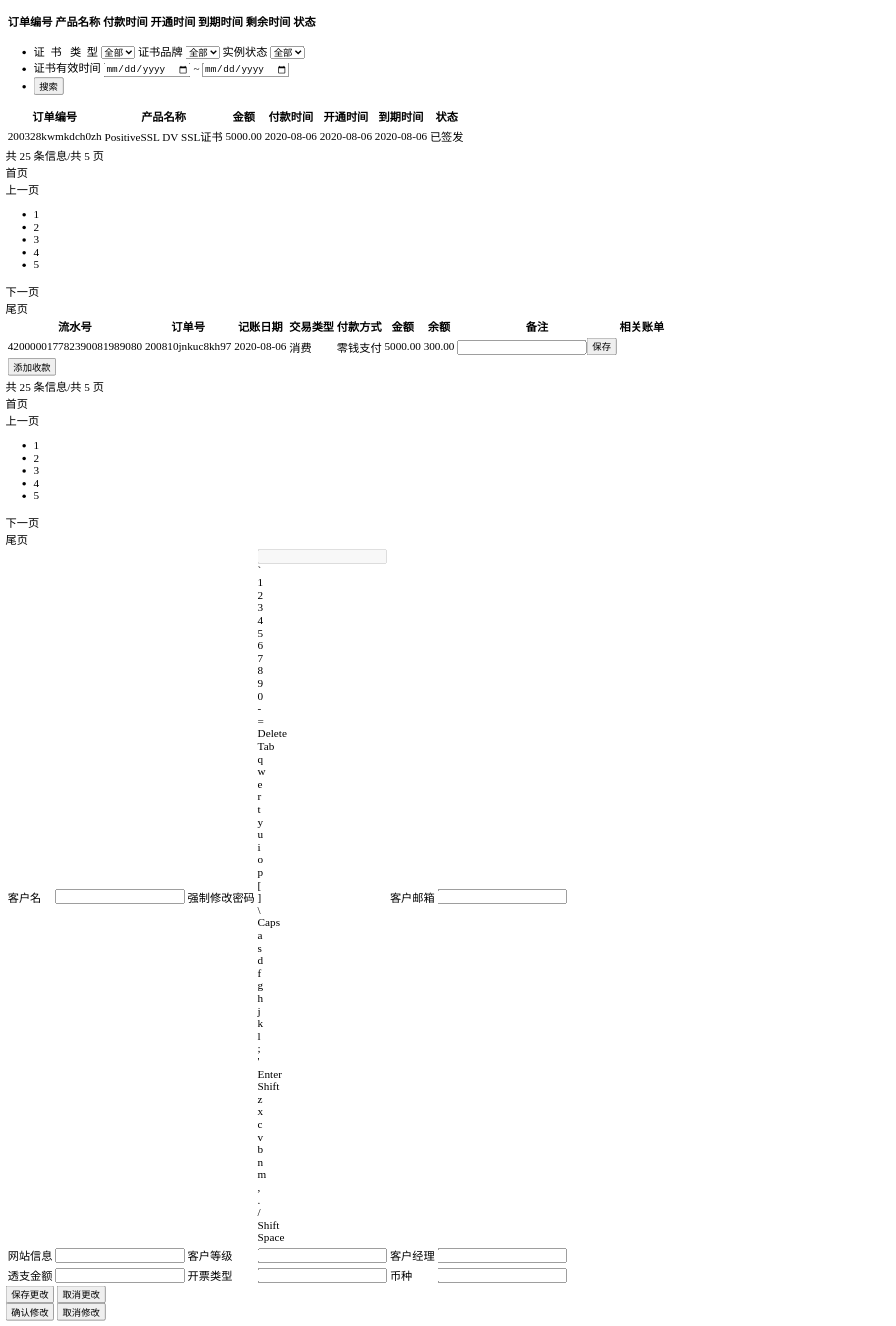
Repository: wangyan466393/racentSystem
Page: customerData.html
An editor plug-in stored every save of this project. The page is shown before and after the next save, followed by the edit.
The browser window is 1280 px wide. The pictures show the part of the page from y = 1588 to 3508 px (the page is 3482 px tall before and 3508 px after), at 70% of full size.

Above is the page before, as saved 2020-08-13 17:40:19.

After the next save:
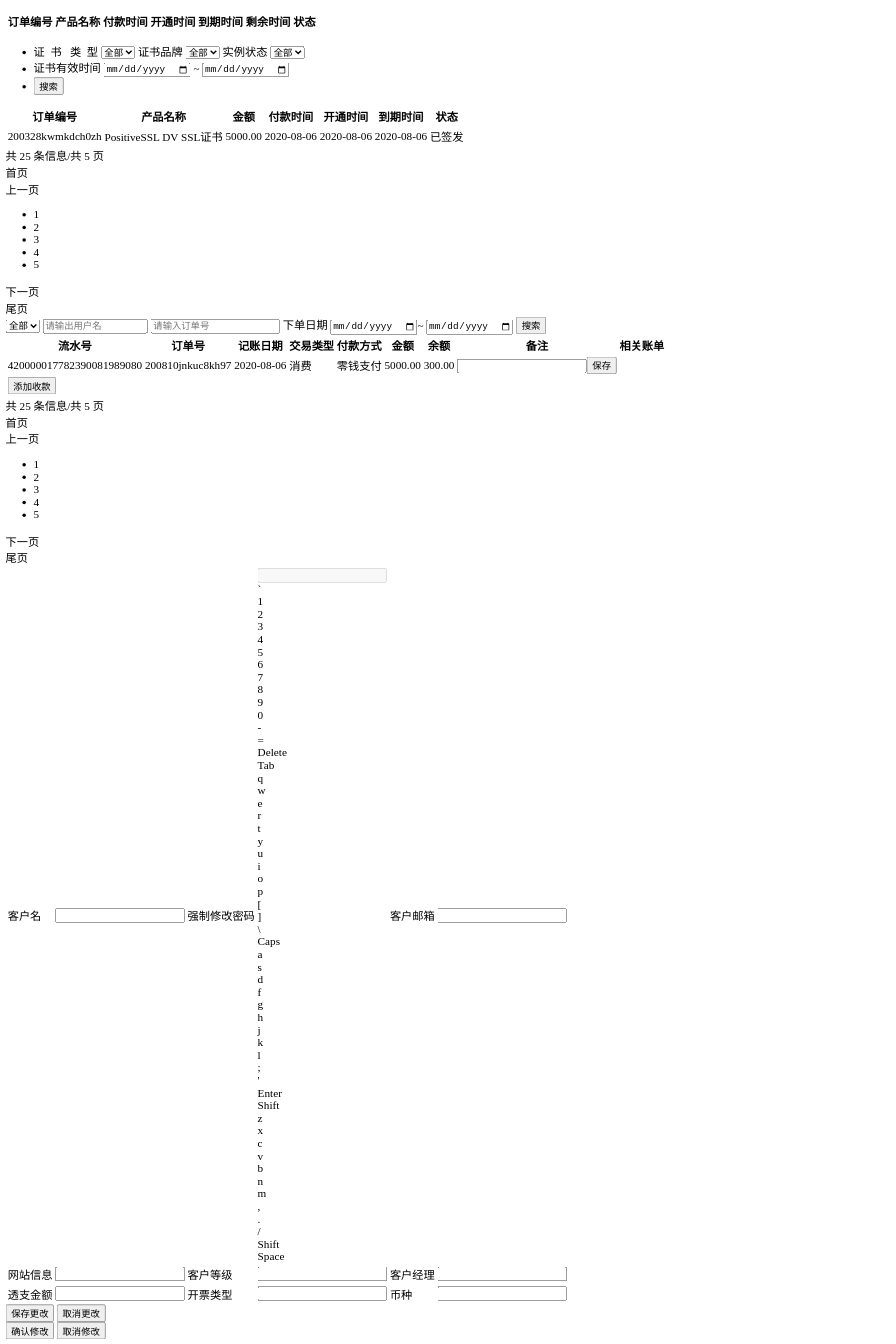
Saved 110 s later.
--- a/customerData.html
+++ b/customerData.html
@@ -369,6 +369,27 @@
         </div>
         <!-- 交易记录 -->
         <div class="order_content ">
+            <div class="order_search">
+                <span>
+                    <select name="" id="sel_val">
+                        <option value="all">全部</option>
+                    </select>
+                </span>
+                <span>
+                    <input type="text" placeholder="请输出用户名" id="order_username" style="width: 150px;">
+                </span>
+                <span>
+                    <input type="text" placeholder="请输入订单号" id="order_number">
+                </span>
+                <span>
+                    下单日期
+                    <input type="date" value="付款日期"">~
+                    <input type="date" value="付款日期"">
+            </span>
+            <span>
+                <button type=" button" id="order_search">搜索</button>
+                </span>
+            </div>
             <div class="table_box">
                 <table id="record_dataLists" class="table_datastyle">
                     <thead>
